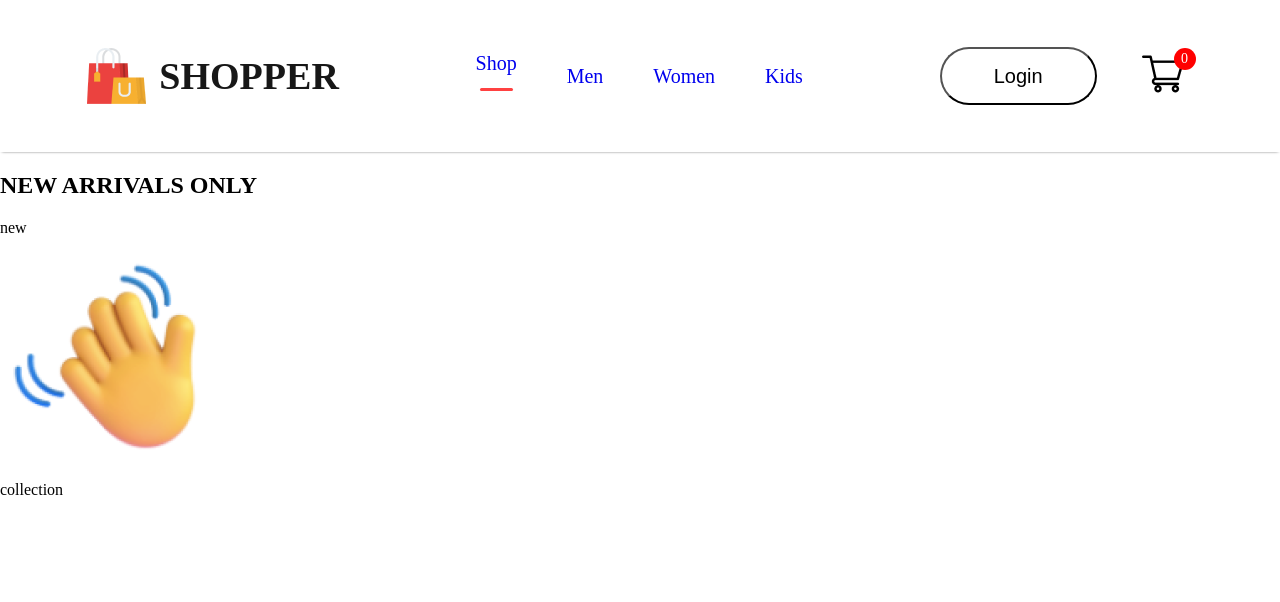
Repository: Nandhini653/SHOPPER-ECOM
Page: /
These files come from the project's save history. The page is drawn as it stood at one moment and after a run of saves; the edit follows.
The browser window is 1280 px wide. The pictures show the whole page.
The project was rebuilt for these pictures with package versions that can differ from the ones it lists, and the page was loaded fresh each time. Also part of the build but not shown: src/App.css, src/Pages/ShopCategory.jsx, src/Pages/Cart.jsx, src/Pages/LoginSignup.jsx, src/Pages/Product.jsx, src/Components/Hero/Hero.css.

Above is the page before, as saved 2024-06-21 17:56:16.

After the next 6 saves:
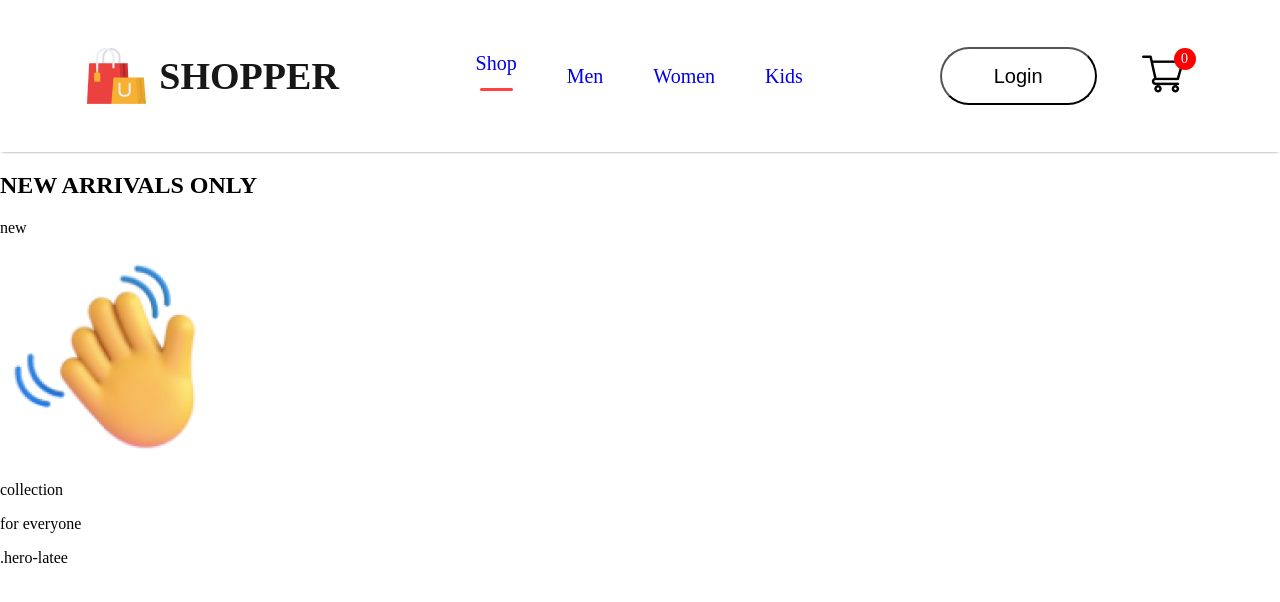
The 6 saves are shown as one change because 1 did not build or start and some came seconds apart.
The last was saved 21 s later.
--- a/src/Components/Hero/Hero.jsx
+++ b/src/Components/Hero/Hero.jsx
@@ -14,7 +14,9 @@
           <img src={hand_icon} alt=""/>
         </div>
         <p> collection </p>
+        <p> for everyone</p>
       </div>
+      .hero-latee
       </div>
         <div className="hero-right">
 
